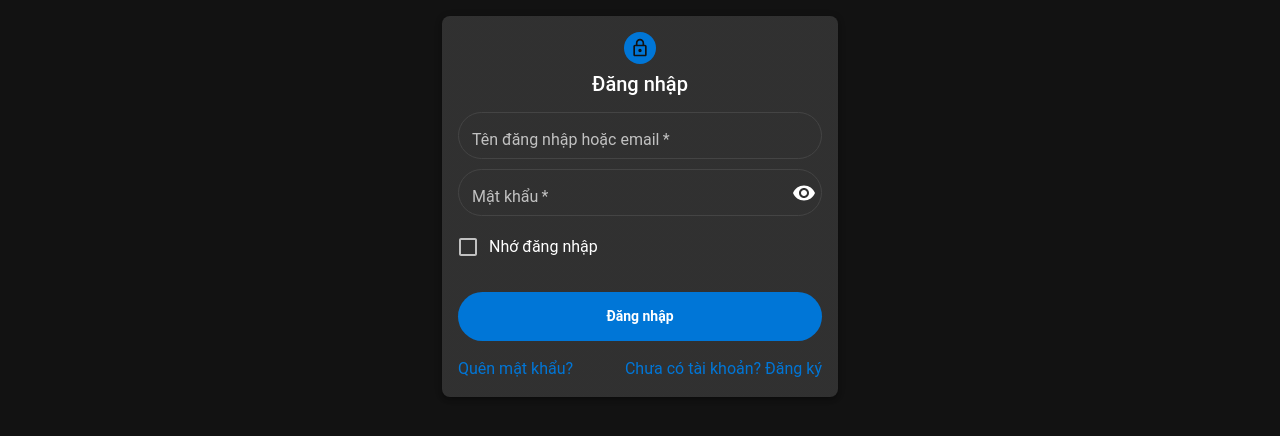
Repository: thtrunghau/ecommerce-ui-dacntt
Page: /auth/login
An editor plug-in stored every save of this project. The page is shown before and after the next save, followed by the edit.
The browser window is 1280 px wide. The pictures show the whole page.
The project was rebuilt for these pictures with package versions that can differ from the ones it lists, and the page was loaded fresh each time. Also part of the build but not shown: vite.config.ts, src/mockData/mockData.ts, src/utils/helpers.ts, src/components/shared/NavDropdown.tsx, src/components/shared/UserMenu.tsx, src/components/shared/Header.tsx, src/components/common/RoundedButton.tsx, src/components/features/home/HeroSection.tsx and 7 more.

Above is the page before, as saved 2025-06-13 00:27:53.

### src/index.css
@tailwind base;
@tailwind components;
@tailwind utilities;

/* Custom line clamp utilities */
.line-clamp-2 {
  display: -webkit-box;
  -webkit-line-clamp: 2;
  -webkit-box-orient: vertical;
  overflow: hidden;
}

/* Animation utilities */
@keyframes fade-in-up {
  from {
    opacity: 0;
    transform: translateY(20px);
  }
  to {
    opacity: 1;
    transform: translateY(0);
  }
}

.animate-fade-in-up {
  animation: fade-in-up 0.6s ease-out;
}

### src/App.tsx
import { BrowserRouter as Router, Routes, Route } from "react-router-dom";
import Header from "./components/shared/Header";
import Home from "./pages/Home";
import Footer from "./components/shared/Footer";
import { AuthProvider } from "./contexts/AuthContext";
import Register from "./pages/auth/Register";
import Login from "./pages/auth/Login";
import RegisterStandalone from "./pages/auth/RegisterStandalone";
import LoginStandalone from "./pages/auth/LoginStandalone";

export default function App() {
  return (
    <AuthProvider>
      <Router>
        {" "}
        <Routes>
          {" "}
          {/* Auth routes */}
          <Route path="/auth">
            <Route path="register" element={<RegisterStandalone />} />
            <Route path="login" element={<LoginStandalone />} />
          </Route>
          {/* Main layout routes with header/footer */}
          <Route
            path="/*"
            element={
              <div className="flex min-h-screen flex-col">
                <Header />
                <main className="flex-grow pt-24 lg:pt-28">
                  <Routes>
                    <Route path="/" element={<Home />} />
                    <Route path="/register" element={<Register />} />
                    <Route path="/login" element={<Login />} />
                    {/* Add other routes here as needed */}
                  </Routes>
                </main>
                <Footer />
              </div>
            }
          />
        </Routes>
      </Router>
    </AuthProvider>
  );
}

### src/contexts/AuthContext.tsx
import {
  createContext,
  useContext,
  useState,
  type ReactNode,
  useMemo,
} from "react";

interface User {
  id: string;
  username: string;
  email: string;
  phone?: string; // Thêm trường số điện thoại
  name?: string;
  avatar?: string;
}

interface AuthContextType {
  isAuthenticated: boolean;
  user: User | null;
  login: (user: User) => void;
  logout: () => void;
  register: (user: User) => void;
}

const AuthContext = createContext<AuthContextType | undefined>(undefined);

export const AuthProvider = ({ children }: { children: ReactNode }) => {
  const [user, setUser] = useState<User | null>(null);

  // Kiểm tra trạng thái xác thực từ localStorage khi khởi động
  const isAuthenticated = Boolean(user);

  const login = (userData: User) => {
    setUser(userData);
    localStorage.setItem("user", JSON.stringify(userData));
  };

  const logout = () => {
    setUser(null);
    localStorage.removeItem("user");
  };

  const register = (userData: User) => {
    // Trong thực tế, đây là nơi bạn sẽ gọi API đăng ký
    setUser(userData);
    localStorage.setItem("user", JSON.stringify(userData));
  };

  const value = useMemo(
    () => ({
      isAuthenticated,
      user,
      login,
      logout,
      register,
    }),
    [isAuthenticated, user],
  );

  return <AuthContext.Provider value={value}>{children}</AuthContext.Provider>;
};

export const useAuth = () => {
  const context = useContext(AuthContext);
  if (context === undefined) {
    throw new Error("useAuth must be used within an AuthProvider");
  }
  return context;
};

### src/pages/auth/LoginStandalone.tsx
import React, { useState } from "react";
import { Link, useNavigate } from "react-router-dom";
import {
  Container,
  Box,
  Typography,
  TextField,
  Button,
  Paper,
  Avatar,
  IconButton,
  InputAdornment,
  ThemeProvider,
  createTheme,
  CssBaseline,
  Alert,
  FormControlLabel,
  Checkbox,
} from "@mui/material";
import { Visibility, VisibilityOff, LockOutlined } from "@mui/icons-material";
import useAuthStore from "../../store/authStore";

// Sử dụng lại theme tối tương tự trang Register
const darkTheme = createTheme({
  palette: {
    mode: "dark",
    primary: { main: "#0076d7" },
    secondary: { main: "#30336b" },
    background: { default: "#121212", paper: "#1e1e1e" },
  },
  typography: {
    fontFamily: '"Samsung One", "Roboto", "Helvetica", "Arial", sans-serif',
  },  components: {
    MuiTextField: {
      styleOverrides: {
        root: {
          marginBottom: 2,
          "& .MuiOutlinedInput-root": {
            "& fieldset": {
              borderColor: "#444",
              borderRadius: "9999px",
            },
            "&:hover fieldset": { borderColor: "#666" },
            "&.Mui-focused fieldset": { borderColor: "#0076d7" },
          },
          "& .MuiInputBase-input": {
            padding: "12px 14px",
          },
          "& .MuiInputAdornment-root": {
            marginLeft: "12px",
            marginRight: "-4px",
          },
        },
      },
    },
    MuiButton: {
      styleOverrides: {
        root: {
          textTransform: "none",
          fontWeight: 600,
          boxShadow: "none",
          padding: "12px 24px",
          borderRadius: "9999px",
          "&:hover": { boxShadow: "none" },
        },
        contained: {
          backgroundColor: "#0076d7",
          "&:hover": { backgroundColor: "#0067be" },
        },
        outlined: {
          borderColor: "rgba(255, 255, 255, 0.12)",
          color: "#fff",
          "&:hover": {
            borderColor: "rgba(255, 255, 255, 0.24)",
            backgroundColor: "rgba(255, 255, 255, 0.04)",
          },
        },
      },
    },
  },
});

interface LoginFormData {
  username: string;
  password: string;
  rememberMe: boolean;
}

const initialFormData: LoginFormData = {
  username: "",
  password: "",
  rememberMe: false,
};

const LoginStandalone: React.FC = () => {
  const navigate = useNavigate();
  const { login } = useAuthStore();
  const [formData, setFormData] = useState<LoginFormData>(initialFormData);
  const [showPassword, setShowPassword] = useState<boolean>(false);
  const [errors, setErrors] = useState<Partial<LoginFormData>>({});
  const [formError, setFormError] = useState<string | null>(null);

  const handleChange = (
    e: React.ChangeEvent<HTMLInputElement | HTMLTextAreaElement>,
  ) => {
    const { name, value } = e.target;
    setFormData((prev) => ({ ...prev, [name]: value }));
    if (errors[name as keyof LoginFormData]) {
      setErrors((prev) => ({ ...prev, [name]: undefined }));
    }
    if (formError) setFormError(null);
  };

  const handleCheckboxChange = (e: React.ChangeEvent<HTMLInputElement>) => {
    const { name, checked } = e.target;
    setFormData((prev) => ({ ...prev, [name]: checked }));
  };

  const validateForm = (): boolean => {
    const newErrors: Partial<LoginFormData> = {};
    let isValid = true;
    if (!formData.username.trim()) {
      newErrors.username = "Tên đăng nhập hoặc email là bắt buộc";
      isValid = false;
    }
    if (!formData.password) {
      newErrors.password = "Mật khẩu là bắt buộc";
      isValid = false;
    }
    setErrors(newErrors);
    return isValid;
  };

  const handleSubmit = (e: React.FormEvent<HTMLFormElement>) => {
    e.preventDefault();
    if (validateForm()) {
      try {
        const user = {
          id: crypto.randomUUID(),
          username: formData.username,
          email: formData.username.includes("@")
            ? formData.username
            : `${formData.username}@example.com`,
          phone: "0123456789", // Mock phone number
        };
        login(user);
        navigate("/");
      } catch (error) {
        setFormError("Tên đăng nhập hoặc mật khẩu không đúng.");
        console.error("Login error:", error);
      }
    }
  };

  return (
    <ThemeProvider theme={darkTheme}>
      <CssBaseline />      <Container component="main" maxWidth="xs" sx={{ mb: 2, mt: 2 }}>
        <Paper
          elevation={3}
          sx={{
            p: 2,
            display: "flex",
            flexDirection: "column",
            alignItems: "center",
            bgcolor: "background.paper",
            borderRadius: 2,
          }}
        >
          <Avatar sx={{ mb: 0.5, bgcolor: "primary.main", width: 32, height: 32 }}>
            <LockOutlined sx={{ fontSize: 20 }} />
          </Avatar>
          <Typography component="h1" variant="h6" sx={{ mb: 1.5 }}>
            Đăng nhập
          </Typography>
          {formError && (
            <Alert severity="error" sx={{ width: "100%", mb: 2 }}>
              {formError}
            </Alert>
          )}
          <Box component="form" onSubmit={handleSubmit} sx={{ width: "100%" }}>            <div className="flex flex-col gap-2">
              <TextField
                name="username"
                required
                fullWidth
                id="username"
                label="Tên đăng nhập hoặc email"
                value={formData.username}
                onChange={handleChange}
                error={Boolean(errors.username)}
                helperText={errors.username}
                autoComplete="username"
              />
              <TextField
                required
                fullWidth
                name="password"
                label="Mật khẩu"
                type={showPassword ? "text" : "password"}
                id="password"
                autoComplete="current-password"
                value={formData.password}
                onChange={handleChange}
                error={Boolean(errors.password)}
                helperText={errors.password}
                InputProps={{
                  endAdornment: (
                    <InputAdornment position="end">
                      <IconButton
                        aria-label="toggle password visibility"
                        onClick={() => setShowPassword(!showPassword)}
                        edge="end"
                      >
                        {showPassword ? <VisibilityOff /> : <Visibility />}
                      </IconButton>
                    </InputAdornment>
                  ),
                }}
              />
              <FormControlLabel
                control={
                  <Checkbox
                    name="rememberMe"
                    color="primary"
                    checked={formData.rememberMe}
                    onChange={handleCheckboxChange}
                  />
                }
                label="Nhớ đăng nhập"
              />
            </div>
            <Button
              type="submit"
              fullWidth
              variant="contained"
              sx={{ mt: 3, mb: 2 }}
            >
              Đăng nhập
            </Button>
            <div className="flex flex-col justify-between gap-4 sm:flex-row">
              <div>
                <Link
                  to="/forgot-password"
                  style={{ color: darkTheme.palette.primary.main }}
                >
                  Quên mật khẩu?
                </Link>
              </div>
              <div className="sm:text-right">
                <Link
                  to="/register/standalone"
                  style={{ color: darkTheme.palette.primary.main }}
                >
                  Chưa có tài khoản? Đăng ký
                </Link>
              </div>
            </div>
          </Box>
        </Paper>
      </Container>
    </ThemeProvider>
  );
};

export default LoginStandalone;

### src/store/authStore.ts
import { create } from "zustand";

interface User {
  id: string;
  username: string;
  email: string;
  phone?: string; // Thêm trường số điện thoại
  name?: string;
  avatar?: string;
}

interface AuthState {
  isAuthenticated: boolean;
  user: User | null;
  login: (user: User) => void;
  logout: () => void;
  register: (user: User) => void;
}

// Tạo Auth Store với Zustand
const useAuthStore = create<AuthState>((set) => {
  // Kiểm tra user từ localStorage
  const savedUser = localStorage.getItem("user");
  const parsedUser = savedUser ? JSON.parse(savedUser) : null;

  return {
    isAuthenticated: Boolean(parsedUser),
    user: parsedUser,

    login: (user) => {
      localStorage.setItem("user", JSON.stringify(user));
      set({ isAuthenticated: true, user });
    },

    logout: () => {
      localStorage.removeItem("user");
      set({ isAuthenticated: false, user: null });
    },

    register: (user) => {
      localStorage.setItem("user", JSON.stringify(user));
      set({ isAuthenticated: true, user });
    },
  };
});

export default useAuthStore;

### tailwind.config.js
/** @type {import('tailwindcss').Config} */
export default {
  content: ["./index.html", "./src/**/*.{js,ts,jsx,tsx}"],
  theme: {
    extend: {},
  },
  plugins: [],
  corePlugins: {
    lineClamp: true,
  },
};

Loaded but not shown: index.html (common file); src/main.tsx (common file)

After the next save:
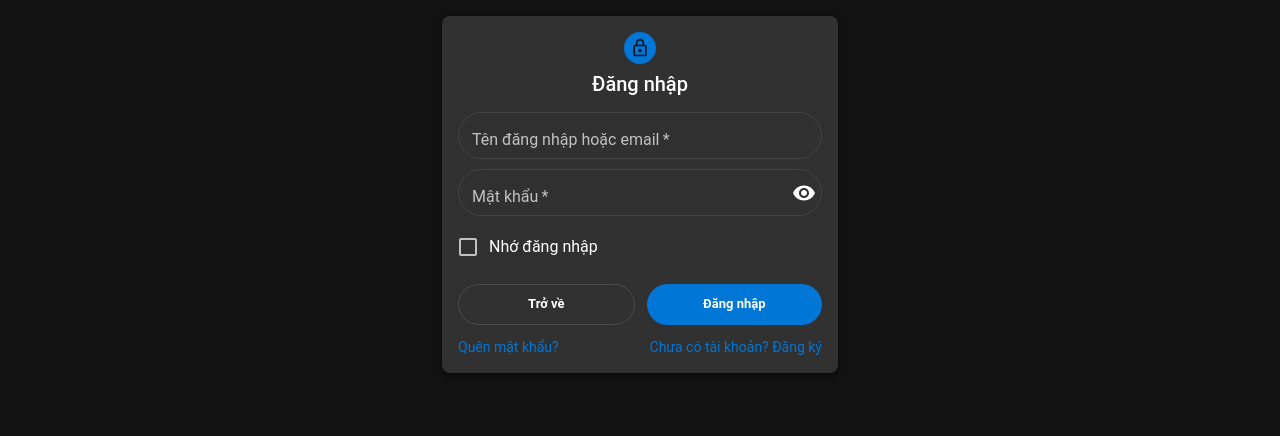
Saved 45 s later.
--- a/src/pages/auth/LoginStandalone.tsx
+++ b/src/pages/auth/LoginStandalone.tsx
@@ -227,32 +227,55 @@ const LoginStandalone: React.FC = () => {
                 }
                 label="Nhớ đăng nhập"
               />
+            </div>            <div className="flex gap-3 mt-4">
+              <Button
+                onClick={() => navigate(-1)}
+                fullWidth
+                variant="outlined"
+                size="small"
+                sx={{
+                  borderRadius: "9999px",
+                  py: 1,
+                  borderColor: "rgba(255, 255, 255, 0.12)",
+                  "&:hover": {
+                    borderColor: "rgba(255, 255, 255, 0.24)",
+                  },
+                }}
+              >
+                Trở về
+              </Button>
+              <Button
+                type="submit"
+                fullWidth
+                variant="contained"
+                size="small"
+                sx={{
+                  borderRadius: "9999px",
+                  py: 1,
+                  bgcolor: "#0076d7",
+                  "&:hover": {
+                    bgcolor: "#0067be",
+                  },
+                }}
+              >
+                Đăng nhập
+              </Button>
             </div>
-            <Button
-              type="submit"
-              fullWidth
-              variant="contained"
-              sx={{ mt: 3, mb: 2 }}
-            >
-              Đăng nhập
-            </Button>
-            <div className="flex flex-col justify-between gap-4 sm:flex-row">
-              <div>
-                <Link
-                  to="/forgot-password"
-                  style={{ color: darkTheme.palette.primary.main }}
-                >
-                  Quên mật khẩu?
-                </Link>
-              </div>
-              <div className="sm:text-right">
-                <Link
-                  to="/register/standalone"
-                  style={{ color: darkTheme.palette.primary.main }}
-                >
-                  Chưa có tài khoản? Đăng ký
-                </Link>
-              </div>
+            <div className="flex justify-between mt-3 text-sm">
+              <Link
+                to="/auth/forgot-password"
+                className="text-primary hover:text-primary/90 transition-colors duration-200"
+                style={{ color: darkTheme.palette.primary.main }}
+              >
+                Quên mật khẩu?
+              </Link>
+              <Link
+                to="/auth/register"
+                className="text-primary hover:text-primary/90 transition-colors duration-200"
+                style={{ color: darkTheme.palette.primary.main }}
+              >
+                Chưa có tài khoản? Đăng ký
+              </Link>
             </div>
           </Box>
         </Paper>
